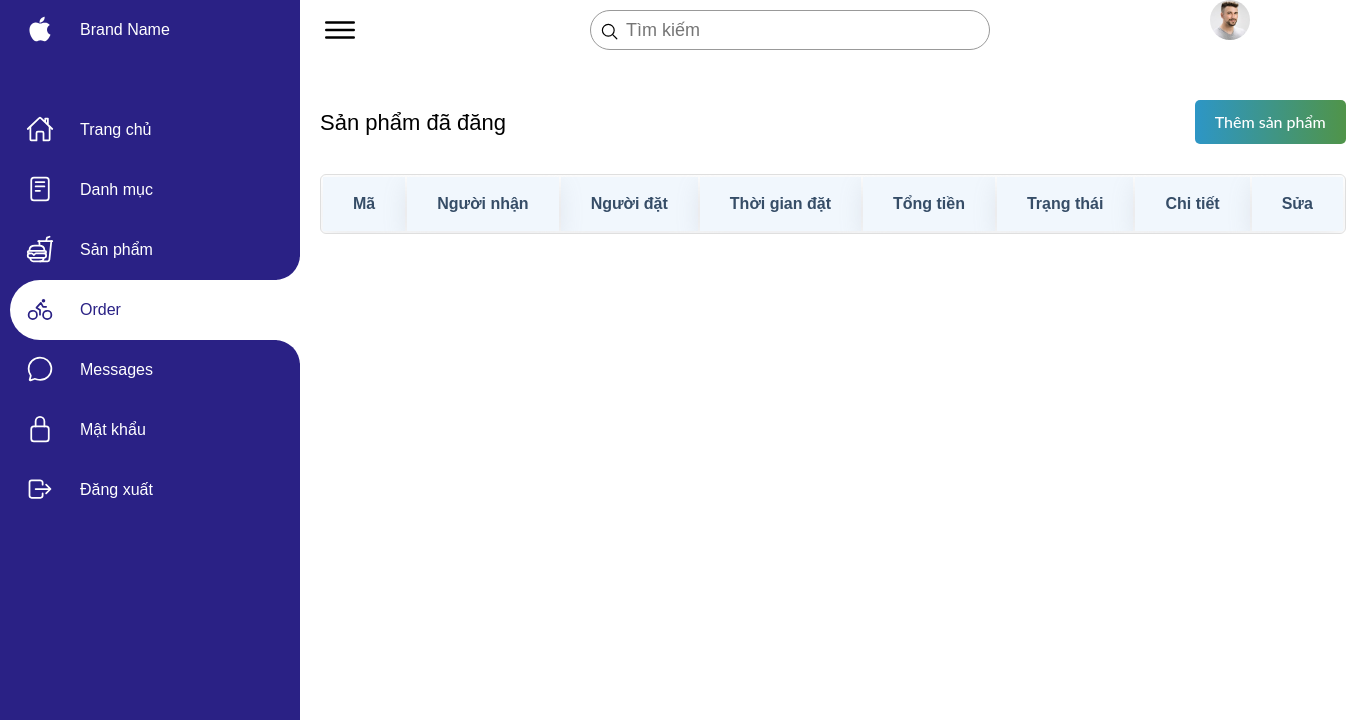
Repository: nguyennam1029/TopFoodNew
Page: http://localhost/admin/orders/index.php
These files come from the project's save history. The page is drawn as it stood at one moment and after the next save; the edit follows.
The browser window is 1280 px wide. The page is 1346 px wide, so the pictures cover 1346 px, including what lies to the right of the window. The pictures show the whole page.
Some web fonts or font styles are not loaded; a fallback is used. The page is run by PHP 8.4 with error messages shown; the project is at /var/www/html/. The database holds what the project's SQL file puts in it.

Above is the page before, as saved 2022-08-02 00:21:01.

### admin/orders/index.php
<!DOCTYPE html>
<html lang="en">

<head>
    <meta charset="UTF-8">
    <meta http-equiv="X-UA-Compatible" content="IE=edge">
    <meta name="viewport" content="width=device-width, initial-scale=1.0">
    <title>Document</title>

    <link rel="stylesheet" href="../../noti.css" />
    <link rel="stylesheet" href="../assets/css/style.css" />
    <link rel="stylesheet" href="./sty.css">
    <style>
        .active-bg--order {
            background-color: var(--white) !important;
            pointer-events: none;

        }

        .active-text--order {
            color: var(--blue) !important;

        }

        .active-text--order::before {
            content: "";
            position: absolute;
            right: 0;
            top: -50px;
            width: 50px;
            height: 50px;
            background-color: transparent;
            border-radius: 50%;
            box-shadow: 35px 35px 0 10px var(--white);
            pointer-events: none;
        }

        .active-text--order::after {
            content: "";
            position: absolute;
            right: 0;
            bottom: -50px;
            width: 50px;
            height: 50px;
            background-color: transparent;
            border-radius: 50%;
            box-shadow: 35px -35px 0 10px var(--white);
            pointer-events: none;
        }
    </style>
</head>

<body>

    <div class="container">
        <?php if (isset($_GET['success'])) { ?>
            <div class="noti">
                <div class="noti-content">
                    <i class='bx bxs-bell-ring'></i>
                    <span class="noti-title"><?php echo $_GET['success'] ?></span>
                    <i class='bx bxs-bell-ring' style="margin-left: 6px; margin-right: 0;"></i>

                </div>
            </div>
        <?php } ?>
        <?php if (isset($_GET['delete'])) { ?>
            <div class="noti">
                <div class="noti-content">
                    <i class='bx bxs-bell-ring'></i>
                    <span class="noti-title"><?php echo $_GET['delete'] ?></span>
                    <i class='bx bxs-bell-ring' style="margin-left: 6px; margin-right: 0;"></i>

                </div>
            </div>
        <?php } ?>

        <?php if (isset($_GET['update'])) { ?>
            <div class="noti">
                <div class="noti-content">
                    <i class='bx bxs-bell-ring'></i>
                    <span class="noti-title"><?php echo $_GET['update'] ?></span>
                    <i class='bx bxs-bell-ring' style="margin-left: 6px; margin-right: 0;"></i>

                </div>
            </div>
        <?php } ?>

        <?php
        include '../menu2.php';
        ?>
        <div class="main">
            <?php
            include '../top_menu.php';
            ?>

            <!-- ================ Order Details List ================= -->
            <div class="details">

                <div class="recentOrders ">
                    <div class="cardHeader ">
                        <h2>Sản phẩm đã đăng</h2>
                        <a href="./form_insert.php" class="custom-btn btn-11">Thêm sản phẩm</a>
                    </div>
                    <?php
                    require '../connect.php';

                    $sql = "select
oders.*,
user.name,
user.phone,
user.address
from oders
join user
on user.id = oders.customer_id";
                    $result = mysqli_query($connect, $sql);

                    ?>
                    <div class="sticky-table">
                        <table>
                            <thead>
                                <tr>
                                    <th>Mã</th>
                                    <th>Người nhận</th>
                                    <th>Người đặt</th>
                                    <th>Thời gian đặt</th>
                                    <th>Tổng tiền</th>
                                    <th>Trạng thái</th>
                                    <th>Chi tiết</th>
                                    <th>Sửa</th>
                                </tr>
                            </thead>

                            <tbody>
                                <?php foreach ($result as $each) : ?>
                                    <tr>
                                        <td><?php echo $each['id'] ?></td>
                                        <td><?php echo $each['name_receiver'] ?><br>
                                            <?php echo $each['phone'] ?><br>
                                            <?php echo $each['address_receiver'] ?><br>
                                        </td>
                                        <td><?php echo $each['name'] ?><br>
                                            <?php echo $each['phone'] ?><br>
                                            <?php echo $each['address'] ?><br></td>


                                        <td><?php echo date_format($each['created_at'], "d/m/Y H:i:s"); ?></td>

                                        <td><?php echo $each['total_price'] ?></td>
                                        <td><?php
                                            switch ($each['status']) {
                                                case '0':
                                                    echo "mới đặt";
                                                    break;
                                                case '1':
                                                    echo "đã duyệt";
                                                    break;
                                                case '2':
                                                    echo "đã hủy";
                                                    break;
                                            }
                                            ?></td>
                                        <td><a href="detail.php?id=<?php echo $each['id'] ?>">
                                                xem
                                            </a></td>
                                        <td><a href="update.php?id=<?php echo $each['id'] ?>&status=1">
                                                duyệt
                                            </a><br>
                                            <a href="update.php?id=<?php echo $each['id'] ?>&status=2">
                                                hủy
                                            </a>
                                        </td>

                                    </tr>
                                <?php endforeach ?>

                            </tbody>
                        </table>

                    </div>
                </div>

                <!-- ================= New Customers ================ -->

            </div>


        </div>
    </div>


    <!-- =========== Scripts =========  -->
    <script src="../assets/js/main.js"></script>

    <!-- ====== ionicons ======= -->
    <script type="module" src="https://unpkg.com/ionicons@5.5.2/dist/ionicons/ionicons.esm.js"></script>
    <script nomodule src="https://unpkg.com/ionicons@5.5.2/dist/ionicons/ionicons.js"></script>
</body>

</html>

### admin/menu2.php
<div class="navigation">
    <ul>
        <li>
            <a href="#">
                <span class="icon">
                    <ion-icon name="logo-apple"></ion-icon>
                </span>
                <span class="title">Brand Name</span>
            </a>
        </li>

        <li class="active-bg--home">
            <a href="../home/index.php" class="active-text--home">
                <span class="icon">
                    <ion-icon name="home-outline"></ion-icon>
                </span>
                <span class="title">Trang chủ</span>
            </a>
        </li>
        <li class="active-bg--category">
            <a href="../nha_san_xuat/index.php" class="active-text--category">
                <span class="icon">
                    <ion-icon name="reader-outline"></ion-icon>
                </span>
                <span class="title">Danh mục</span>
            </a>
        </li>
        <li class="active-bg--product">
            <a href="../san_pham/index.php" class="active-text--product">
                <span class="icon">
                    <ion-icon name="fast-food-outline"></ion-icon>
                </span>
                <span class="title">Sản phẩm</span>
            </a>
        </li>

        <li class="active-bg--order">
            <a href="../orders/index.php" class="active-text--order">
                <span class="icon">
                    <ion-icon name="bicycle-outline"></ion-icon>
                </span>
                <span class="title">Order</span>
            </a>
        </li>

        <li>
            <a href="#">
                <span class="icon">
                    <ion-icon name="chatbubble-outline"></ion-icon>
                </span>
                <span class="title">Messages</span>
            </a>
        </li>





        <li>
            <a href="./t.html">
                <span class="icon">
                    <ion-icon name="lock-closed-outline"></ion-icon>
                </span>
                <span class="title">Mật khẩu</span>
            </a>
        </li>

        <li>
            <a href="#">
                <span class="icon">
                    <ion-icon name="log-out-outline"></ion-icon>
                </span>
                <span class="title">Đăng xuất</span>
            </a>
        </li>
    </ul>
</div>

### admin/top_menu.php
<?php $tim_kiem = $_GET['tim_kiem'] ?? ''; ?>
<div class="topbar">
    <div class="toggle">
        <ion-icon name="menu-outline"></ion-icon>
    </div>

    <div class="search">
        <form>

            <label>
                <input type="search" name="tim_kiem" value="<?php echo $tim_kiem ?>" placeholder="Tìm kiếm" />
                <ion-icon name="search-outline"></ion-icon>
            </label>
        </form>
    </div>

    <div class="user">

        <img src="../assets/imgs/customer01.jpg" alt="" style="width: 40px;height: 40px; border-radius: 50%;" />
    </div>
</div>

### admin/connect.php
<?php
$connect = mysqli_connect('localhost','root','','topfood');

### noti.css
.noti {
    position          : fixed;
    right             : 12px;
    top               : 66px;
    background-color  : rgb(244, 244, 244);
    /*box-shadow      : rgba(100, 100, 111, 0.2) 0px 7px 29px 0px;
    */
    border-radius     : 8px;
    display           : flex;
    transform         : translateX(150%);
    animation         : noti 3s forwards 1 linear;
    z-index           : 9999;
    -webkit-transform : translateX(150%);
    -moz-transform    : translateX(150%);
    -ms-transform     : translateX(150%);
    -o-transform      : translateX(150%);
    -webkit-animation : noti 3s forwards 1 linear;
    box-shadow        : -15px 17px 16px -12px rgba(0, 0, 0, 0.5);
    -webkit-box-shadow: -15px 17px 16px -12px rgba(0, 0, 0, 0.5);
}

@keyframes noti {

    20%,
    80% {
        transform        : translateX(0);
        -webkit-transform: translateX(0);
        -moz-transform   : translateX(0);
        -ms-transform    : translateX(0);
        -o-transform     : translateX(0);
    }

    100% {
        transform        : translateX(150%);
        -webkit-transform: translateX(150%);
        -moz-transform   : translateX(150%);
        -ms-transform    : translateX(150%);
        -o-transform     : translateX(150%);
    }
}


.noti-content {
    padding        : 15px;
    display        : flex;
    justify-content: center;
    align-items    : center;

}

.noti-content i {
    color                       : #000000;
    margin-right                : 8px;
    background                  : linear-gradient(to right, #ff8a00, #ff2070);
    -webkit-background-clip     : text;
    -webkit-text-fill-color     : transparent;
    -webkit-box-decoration-break: clone;
    animation                   : 1.2s ease infinite;
}

.noti-title {
    font-size  : 16px;
    font-weight: 400;
    color      : #000000;
}

### admin/san_pham/sty.css
.page-item {
    text-decoration: none;
}

/* ------Page-------- */
.page-list {
    display        : flex;
    align-items    : center;
    justify-content: center;
    list-style     : none;
    margin         : 30px 0 10px;
}

.page-item {
    border-radius: 4px;

    width          : 36px;
    height         : 36px;
    display        : flex;
    justify-content: center;
    align-items    : center;
    margin-right   : 4px;
    background     : #1b364e;
    transition     : .5s all;
    color          : #feffff;
    font-size      : 14px;
    text-shadow    : 0 1px 0 rgb(0 0 0 / 50%);
    box-shadow     : inset 0 1px 1px rgb(255 255 255 / 7%), 0 1px 3px rgb(0 0 0 / 29%);
}

.page-item:hover {
    cursor    : pointer;
    background: #396792;
    color     : #fff;
    transition: .5s all;
}

.page-item.active {
    background: linear-gradient(to right, #ff8a00, #ff2070);
    transition: .5s all;
    color     : #fff;
}

.page-item.active:hover {
    background         : #cd881e;
    background-position: right center;
    cursor             : not-allowed;
}

### topfood.sql (the tables this page reads)
CREATE TABLE `user` (
  `id` int(11) NOT NULL,
  `name` varchar(50) NOT NULL,
  `email` varchar(50) NOT NULL,
  `password` varchar(200) NOT NULL,
  `phone` char(20) NOT NULL,
  `address` text NOT NULL
) ENGINE=InnoDB DEFAULT CHARSET=utf8mb4;

INSERT INTO `user` (`id`, `name`, `email`, `password`, `phone`, `address`) VALUES
(1, 'srere', '1rf@gmail.com', '13435', '132344', ''),
(2, 'trương ngọc minh', 'minh@gmail.com', '123', '12456774', ''),
(3, 'nguyennam', 'namnam1029@gmail.com', '123', '1243546', ''),
(4, 'blabla', '12f@g', '1323', '133444', ''),
(5, 'Minh', 'naasf12@g', '123', '12345', ''),
(6, 'Nam good boy', '12gg@G', '123', '13246', ''),
(7, 'gê', 'namnam102339@gmail.com', '22', '5335', ''),
(8, 'nam1', 'nam1@gmail.com', '1', '123456', ''),
(9, 'namthu', 'namkfk@gmail.com', '1', '1', ''),
(10, 'namVip', 'nam000@gmail.com', '123', '123', ''),
(11, 'NamDev', 'namdev@gmail.com', '1', '111', ''),
(12, 'Nguyen', 'nguyen@g', '1', '123', ''),
(13, '1', '111@g', '1', '1', '');

ALTER TABLE `user`
  ADD PRIMARY KEY (`id`);

ALTER TABLE `user`
  MODIFY `id` int(11) NOT NULL AUTO_INCREMENT, AUTO_INCREMENT=14;

### topfood2.sql (the tables this page reads)
CREATE TABLE `oders` (
  `id` int(11) NOT NULL,
  `customer_id` int(11) NOT NULL,
  `name_receiver` varchar(100) NOT NULL,
  `address_receiver` text NOT NULL,
  `status` int(11) NOT NULL,
  `created_at` timestamp NOT NULL DEFAULT current_timestamp() ON UPDATE current_timestamp(),
  `phone_receiver` char(12) NOT NULL,
  `total_price` float NOT NULL
) ENGINE=InnoDB DEFAULT CHARSET=utf8mb4;

INSERT INTO `oders` (`id`, `customer_id`, `name_receiver`, `address_receiver`, `status`, `created_at`, `phone_receiver`, `total_price`) VALUES
(6, 52, 'Namdev', 'ktx Bách khóa, Hai bà trưng, Hà Nội', 1, '2022-08-01 17:28:31', '096678999', 796000),
(7, 53, 'nam', 'ktx  bach khoa', 1, '2022-08-11 09:03:54', '123456', 1921000),
(8, 54, 'nam1', 'ktx', 0, '2022-08-02 02:14:50', '1234', 685000),
(9, 55, 'dfh', '111', 0, '2022-08-03 17:09:04', '1', 1148000),
(10, 56, 'nguyen  nam', 'ktx bach khoa', 0, '2022-08-05 05:57:37', '099914525', 2675000),
(11, 52, 'Namdev', 'ktx Bách khóa, Hai bà trưng, Hà Nội', 0, '2022-08-07 15:41:29', '096678999', 1197000),
(12, 52, 'Namdev', 'ktx Bách khóa, Hai bà trưng, Hà Nội', 0, '2022-08-07 15:43:17', '096678999', 287000),
(13, 60, 'NamDev', 'ktx bach khoa, ha noi', 0, '2022-08-07 16:06:47', '0966216666', 3736000);

ALTER TABLE `oders`
  ADD PRIMARY KEY (`id`),
  ADD KEY `customer_id` (`customer_id`);

ALTER TABLE `oders`
  MODIFY `id` int(11) NOT NULL AUTO_INCREMENT, AUTO_INCREMENT=14;

ALTER TABLE `oders`
  ADD CONSTRAINT `oders_ibfk_1` FOREIGN KEY (`customer_id`) REFERENCES `user` (`id`);

Loaded but not shown: admin/assets/js/main.js (common file); admin/assets/css/style.css (579 lines, source omitted)

After the next save:
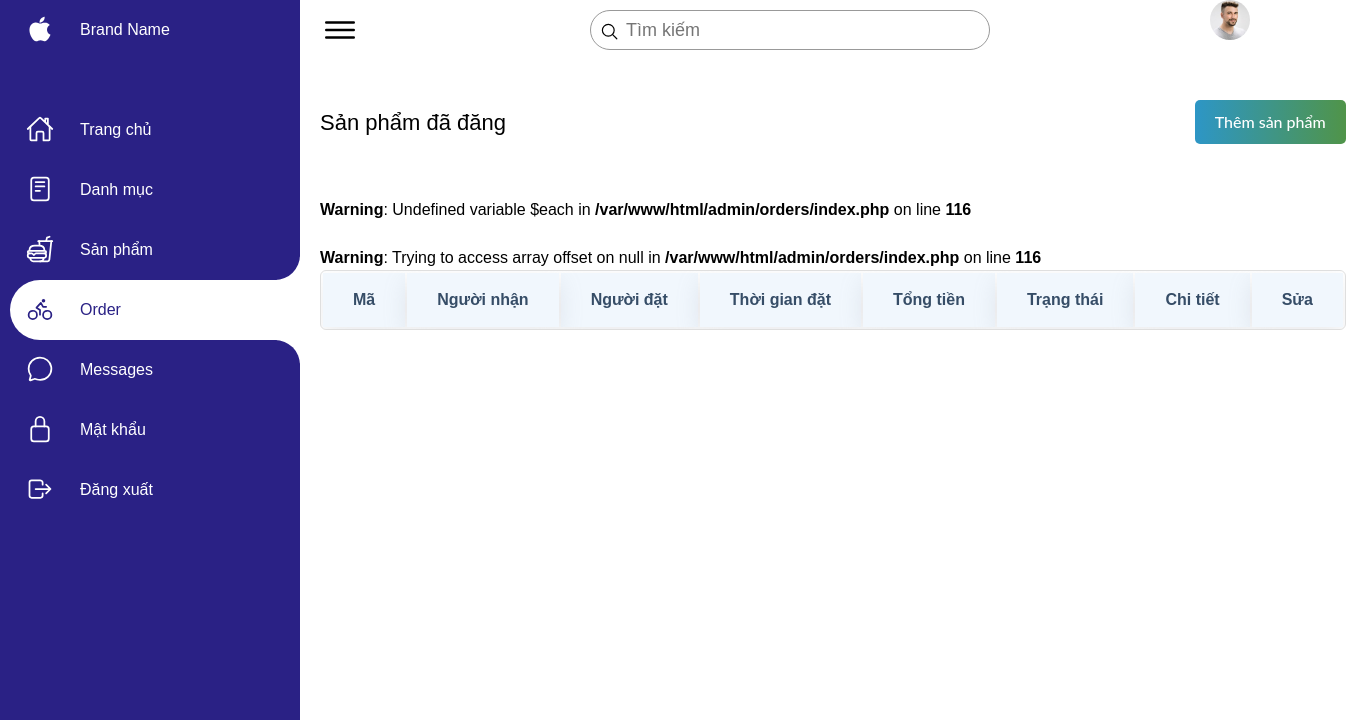
Saved 95 s later.
--- a/admin/orders/index.php
+++ b/admin/orders/index.php
@@ -113,7 +113,7 @@
 join user
 on user.id = oders.customer_id";
                     $result = mysqli_query($connect, $sql);
-
+                    $date = $each['created_at'];
                     ?>
                     <div class="sticky-table">
                         <table>
@@ -143,7 +143,7 @@
                                             <?php echo $each['address'] ?><br></td>
 
 
-                                        <td><?php echo date_format($each['created_at'], "d/m/Y H:i:s"); ?></td>
+                                        <td><?php echo date_format($date, "d/m/Y H:i:s"); ?></td>
 
                                         <td><?php echo $each['total_price'] ?></td>
                                         <td><?php

After the 2 saves that followed:
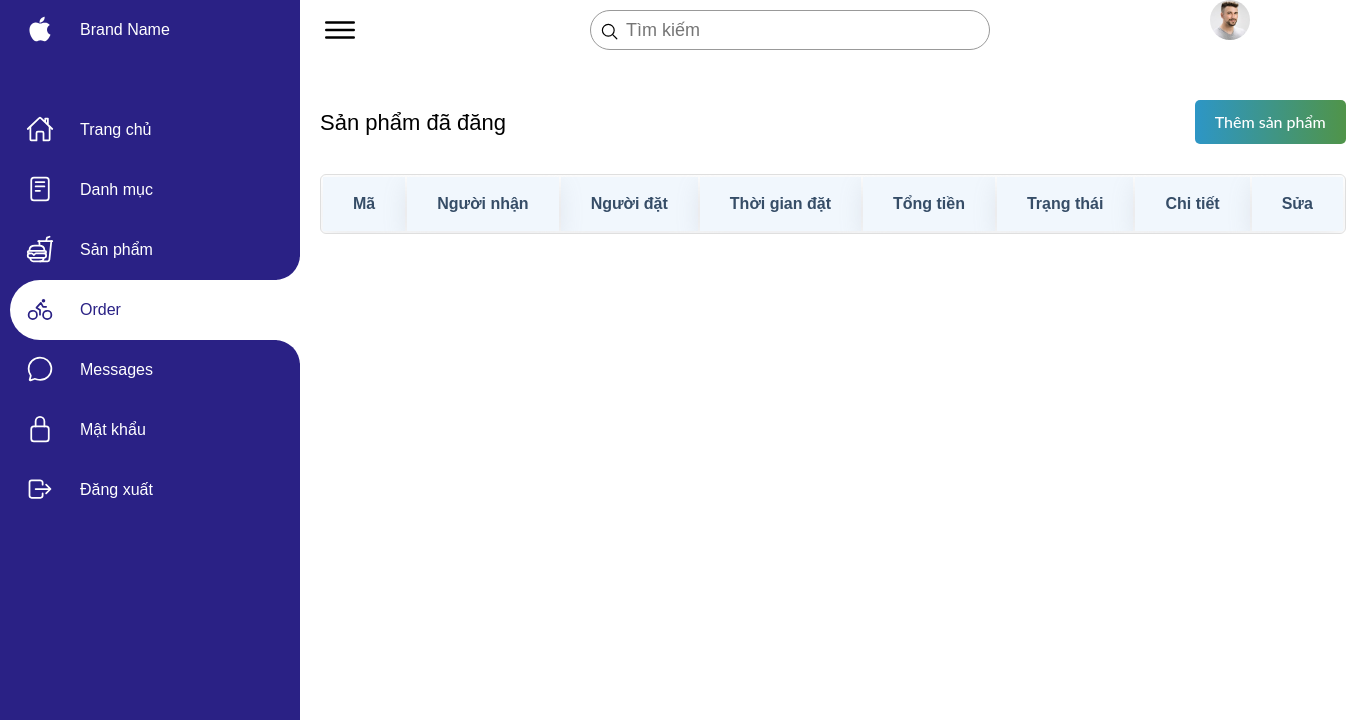
The 2 saves are shown as one change because they came seconds apart.
The last was saved 41 s later.
--- a/admin/orders/index.php
+++ b/admin/orders/index.php
@@ -113,7 +113,6 @@
 join user
 on user.id = oders.customer_id";
                     $result = mysqli_query($connect, $sql);
-                    $date = $each['created_at'];
                     ?>
                     <div class="sticky-table">
                         <table>
@@ -143,7 +142,11 @@
                                             <?php echo $each['address'] ?><br></td>
 
 
-                                        <td><?php echo date_format($date, "d/m/Y H:i:s"); ?></td>
+                                        <td>
+                                            <?php
+                                            $date = $each['created_at'];
+                                            echo date_format($date, "d/m/Y H:i:s");
+                                            ?></td>
 
                                         <td><?php echo $each['total_price'] ?></td>
                                         <td><?php
